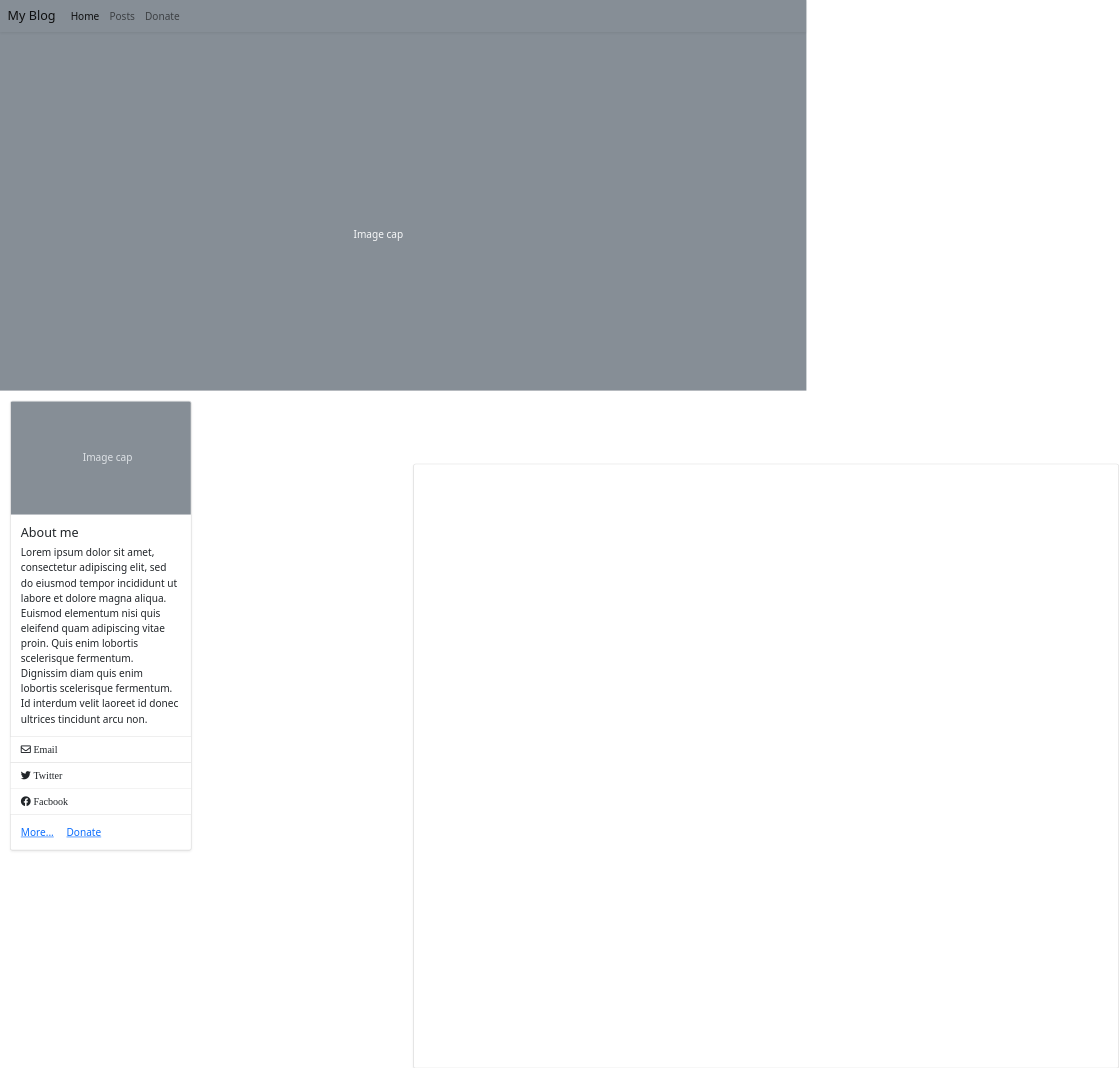
Repository: LublubXT/Azi-Tec-Team
Page: views/templates/blogs/personalblog/home.html
These files come from the project's save history. The page is drawn as it stood at one moment and after the next save; the edit follows.
The browser window is 1280 px wide. The page is 1776 px wide, then 1280 px, then 1776 px, so the pictures cover 1776 px, including what lies to the right of the window. The pictures show the whole page, at 63% of full size.

Above is the page before, as saved 2021-03-11 08:14:19.

After the next save:
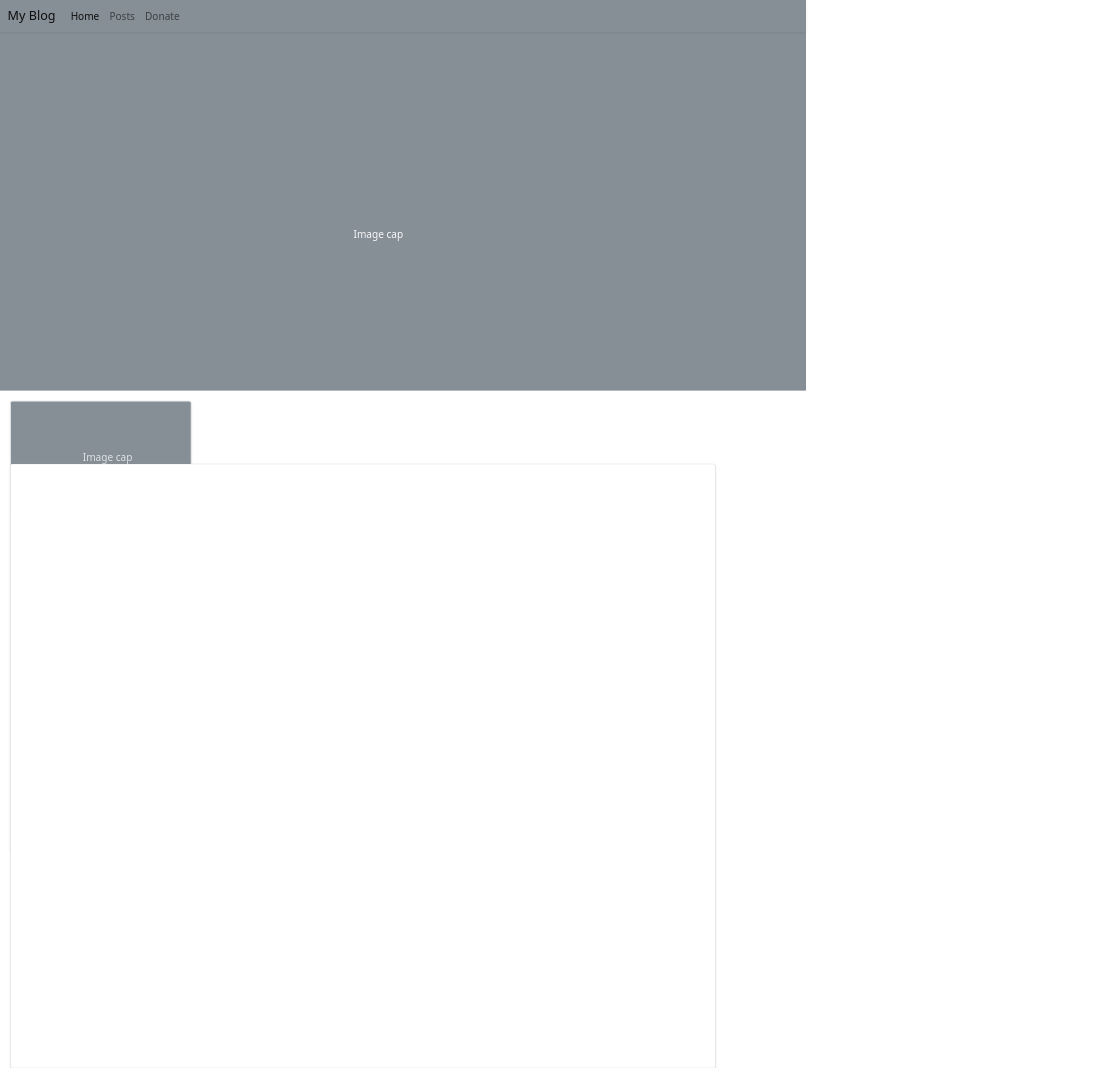
Saved 10 s later.
--- a/views/templates/blogs/personalblog/home.html
+++ b/views/templates/blogs/personalblog/home.html
@@ -71,7 +71,7 @@
             </div>
         </div>
 
-        <div class="card mx-3 my-3 float-end shadow-sm position-absolute top-100 start-50"
+        <div class="card mx-3 my-3 float-end shadow-sm position-absolute top-100 start-30"
             style="width: 70rem; height: 60rem;">
 
         </div>

After the 2 saves that followed:
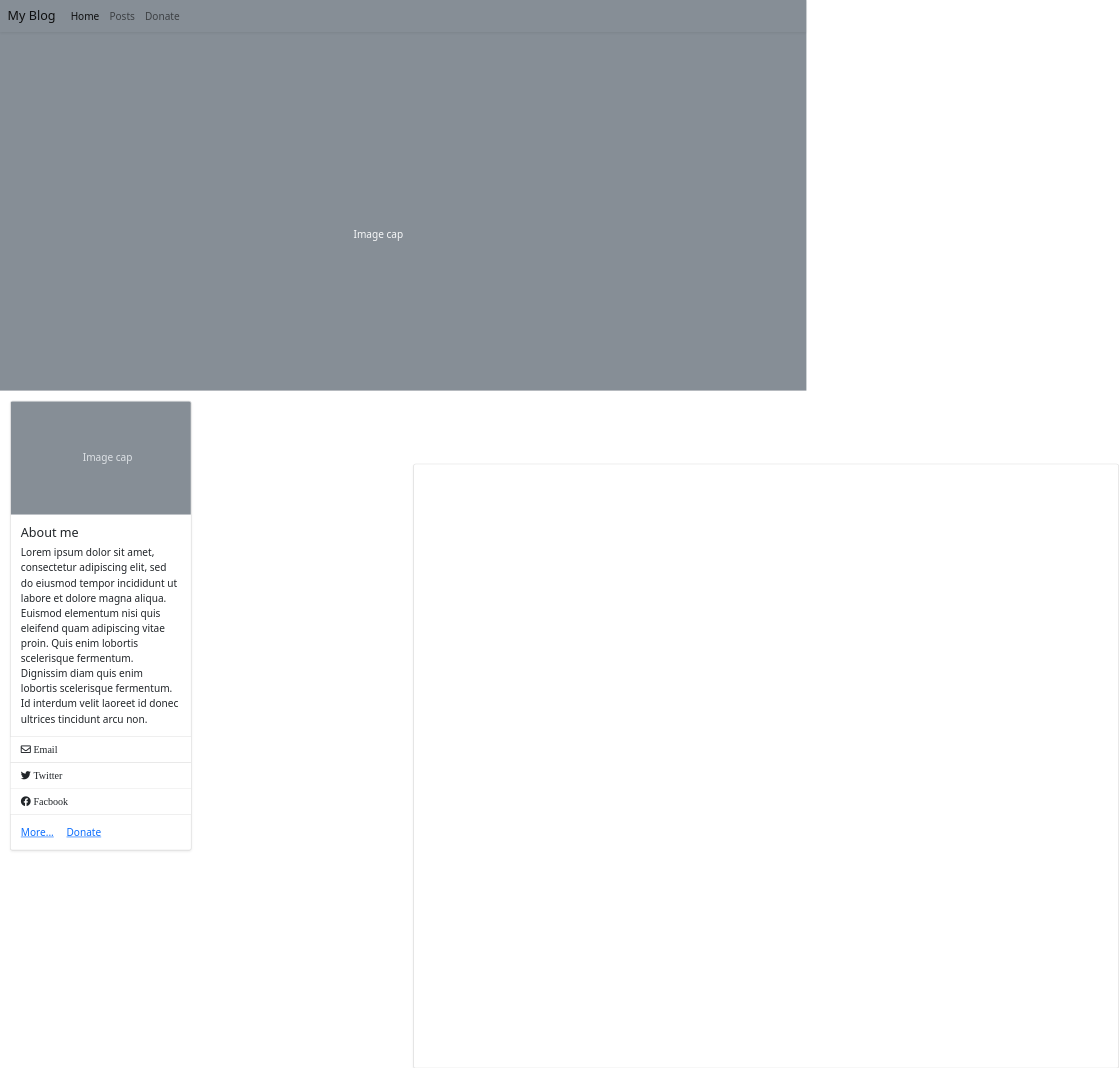
The 2 saves are shown as one change because 1 left the picture as it was.
The last was saved 24 s later.
--- a/views/templates/blogs/personalblog/home.html
+++ b/views/templates/blogs/personalblog/home.html
@@ -71,7 +71,7 @@
             </div>
         </div>
 
-        <div class="card mx-3 my-3 float-end shadow-sm position-absolute top-100 start-30"
+        <div class="card mx-3 my-3 float-end shadow-sm position-absolute top-100 start-50"
             style="width: 70rem; height: 60rem;">
 
         </div>
